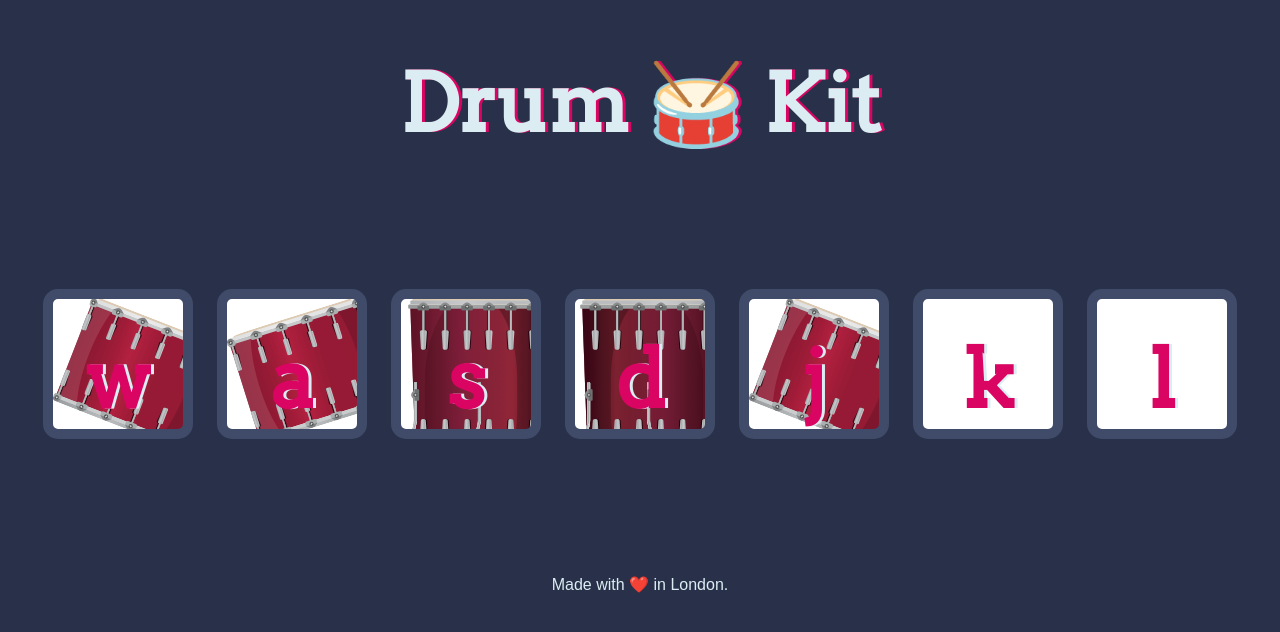
Repository: thecoachanna/drum-kit
Page: index.html
The author's editor kept a copy of each file at every save. The page is drawn from the files as they stood at one save, then again after a run of saves.
The browser window is 1280 px wide. The pictures show the whole page.

Above is the page before, as saved 2023-02-20 17:03:27.

After the next 10 saves:
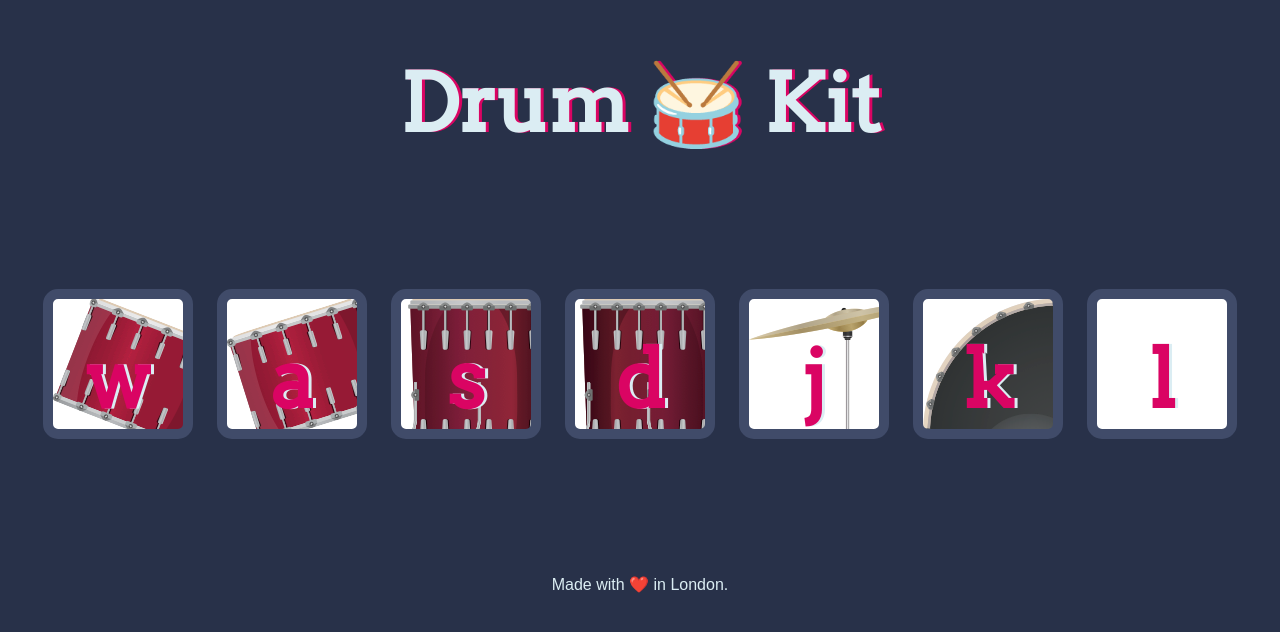
The 10 saves are shown as one change because they came seconds apart.
The last was saved 22 s later.
--- a/styles.css
+++ b/styles.css
@@ -33,11 +33,11 @@ footer {
 }
 
 .j {
-  background-image: url('images/tom1.png');
+  background-image: url('images/crash.png');
 }
 
 .k {
-
+  background-image: url('images/kick.png');
 }
 
 .l {
